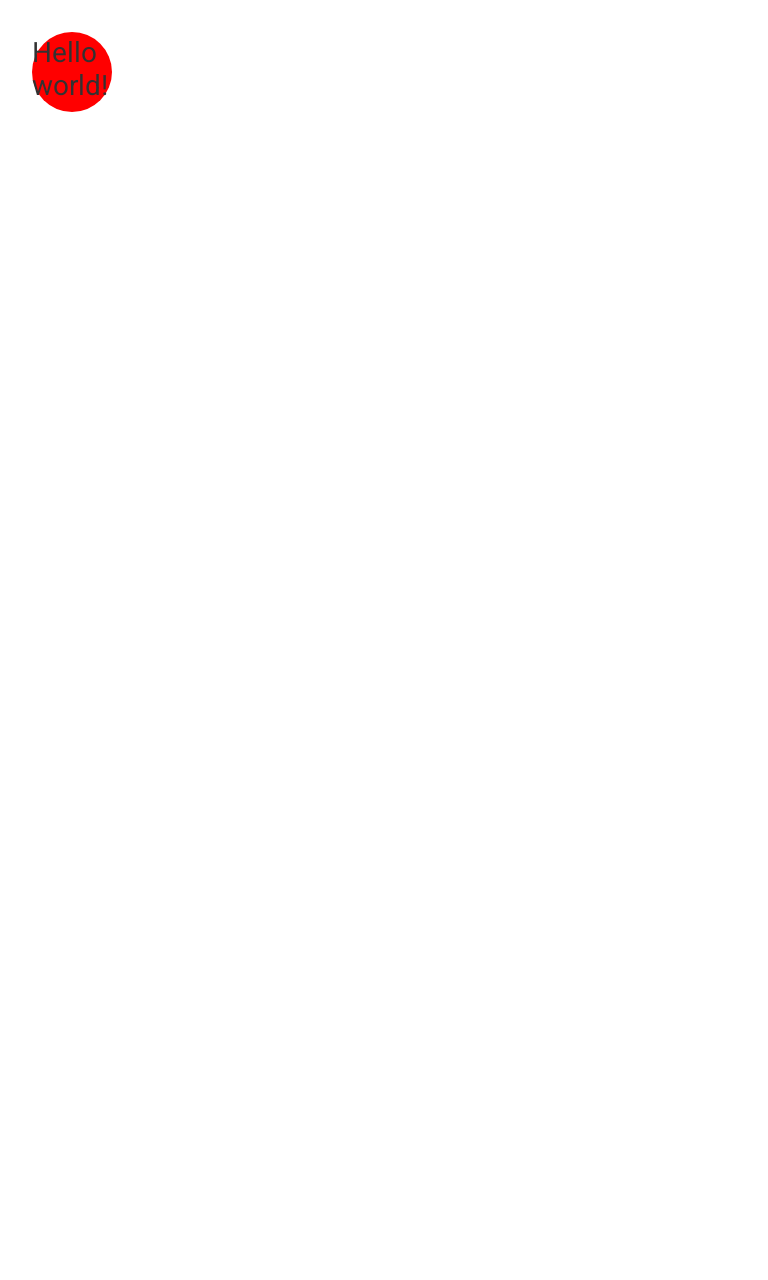
Repository: christianchi/di
Layout: 09 Drawable/DrawableXml/res/layout/activity_main.xml
An editor plug-in stored every save of this project. The layout is shown before and after the next save, followed by the edit.
It is drawn on a 768 x 1280 px phone screen (xhdpi) without system bars, with theme AppTheme; the app's code is not run.

Above is the layout before, as saved 2014-01-22 08:33:31.

### 09 Drawable/DrawableXml/res/layout/activity_main.xml
<RelativeLayout xmlns:android="http://schemas.android.com/apk/res/android"
    xmlns:tools="http://schemas.android.com/tools"
    android:layout_width="match_parent"
    android:layout_height="match_parent"
    android:paddingBottom="@dimen/activity_vertical_margin"
    android:paddingLeft="@dimen/activity_horizontal_margin"
    android:paddingRight="@dimen/activity_horizontal_margin"
    android:paddingTop="@dimen/activity_vertical_margin"
    tools:context=".MainActivity" >

    <TextView
        android:layout_width="40dp"
        android:layout_height="40dp"
        android:text="@string/hello_world"
        android:background="@drawable/bg_shape" />

</RelativeLayout>

### 09 Drawable/DrawableXml/res/values/strings.xml
<?xml version="1.0" encoding="utf-8"?>
<resources>

    <string name="app_name">DrawableXml</string>
    <string name="action_settings">Settings</string>
    <string name="hello_world">Hello world!</string>

</resources>

### 09 Drawable/DrawableXml/res/drawable/bg_shape.xml
<?xml version="1.0" encoding="utf-8"?>
<shape xmlns:android="http://schemas.android.com/apk/res/android"
    android:shape="rectangle" >
    <solid android:color="#f00"/>

    <corners android:radius="20dp" />

</shape>

Loaded but not shown: 09 Drawable/DrawableXml/res/values/styles.xml (common file); 09 Drawable/DrawableXml/res/values-v11/styles.xml (common file); 09 Drawable/DrawableXml/res/values-v14/styles.xml (common file); 09 Drawable/DrawableXml/res/values/dimens.xml (common file)

After the next save:
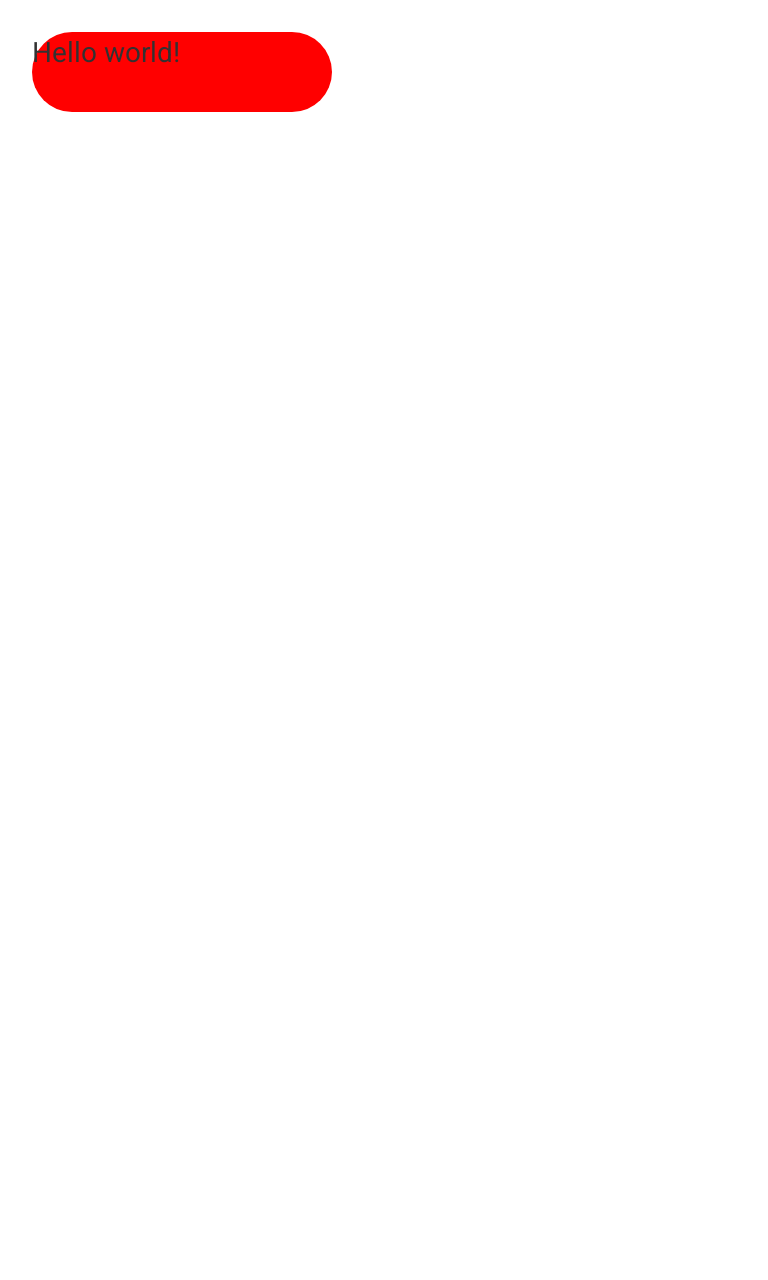
Saved 6 s later.
--- a/09 Drawable/DrawableXml/res/layout/activity_main.xml
+++ b/09 Drawable/DrawableXml/res/layout/activity_main.xml
@@ -9,7 +9,7 @@
     tools:context=".MainActivity" >
 
     <TextView
-        android:layout_width="40dp"
+        android:layout_width="150dp"
         android:layout_height="40dp"
         android:text="@string/hello_world"
         android:background="@drawable/bg_shape" />
